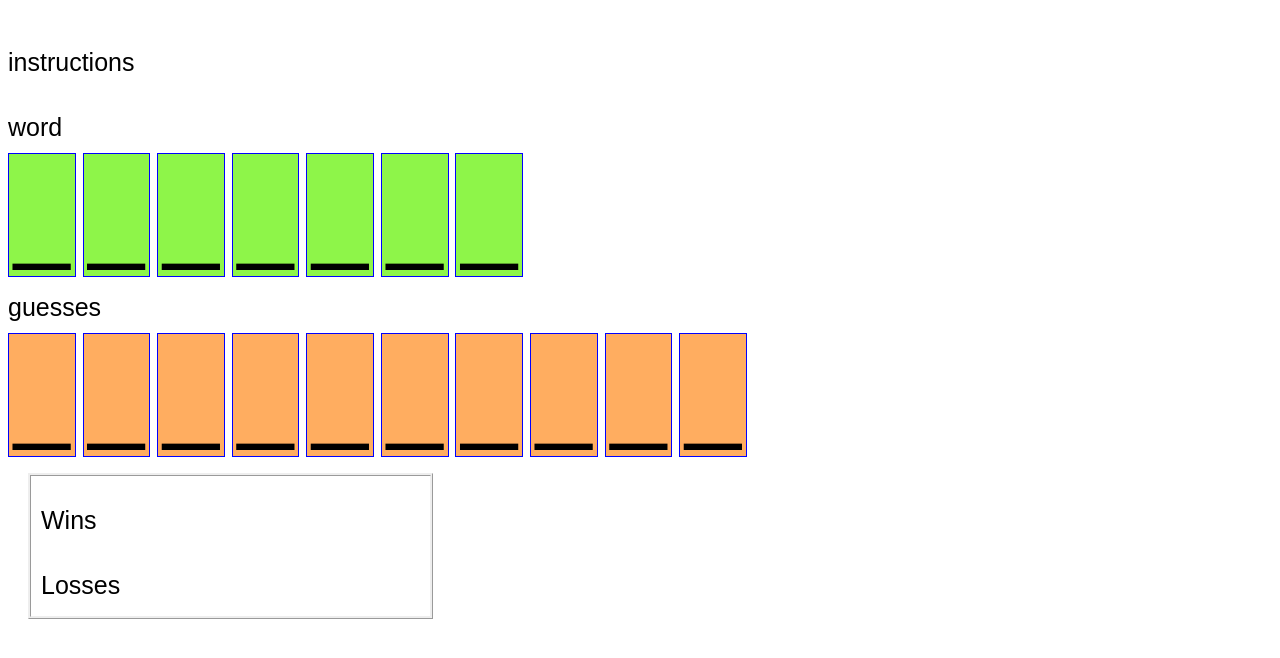
Repository: dsaftler/JavaScript
Page: index.html
The author's editor kept a copy of each file at every save. The page is drawn from the files as they stood at one save, then again after the next save.
The browser window is 1280 px wide. The pictures show the whole page.

Above is the page before, as saved 2019-03-28 17:20:10.

After the next save:
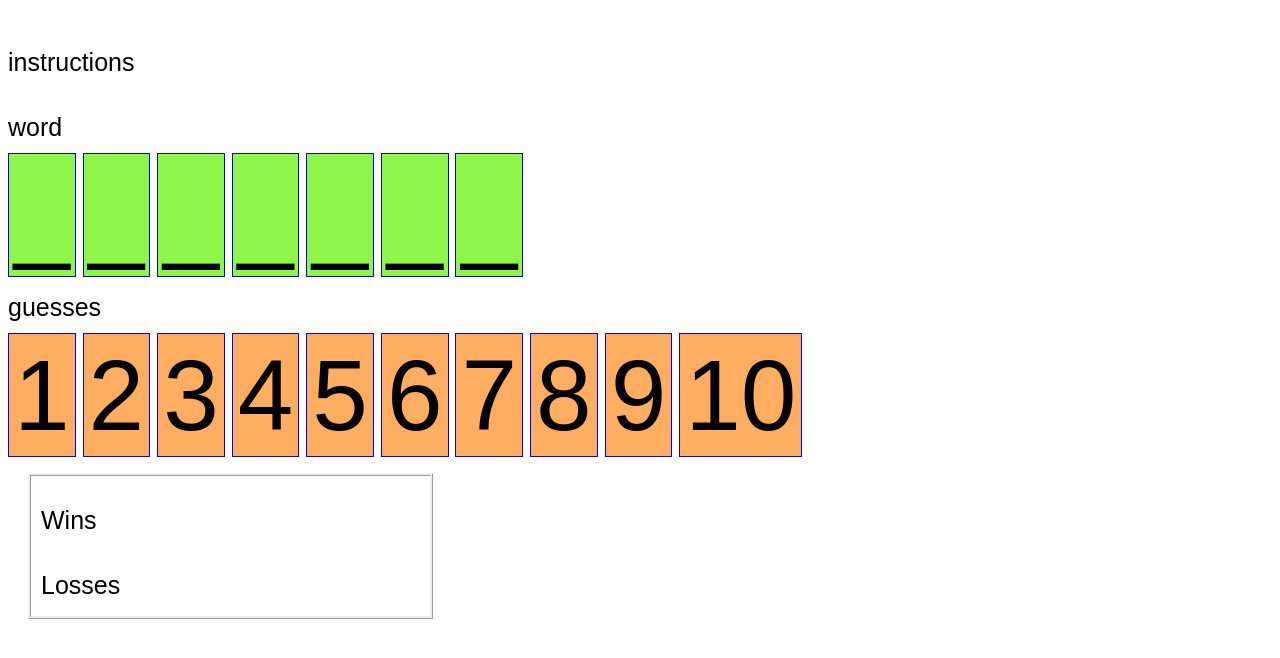
Saved 80 s later.
--- a/index.html
+++ b/index.html
@@ -23,16 +23,16 @@
 
         <div class="guesses showtext">guesses</div>
 
-        <div class="letter guessed" id="guess_0">_</div>
-        <div class="letter guessed" id="guess_1">_</div>
-        <div class="letter guessed" id="guess_2">_</div>
-        <div class="letter guessed" id="guess_3">_</div>
-        <div class="letter guessed" id="guess_4">_</div>
-        <div class="letter guessed" id="guess_5">_</div>
-        <div class="letter guessed" id="guess_6">_</div>
-        <div class="letter guessed" id="guess_7">_</div>
-        <div class="letter guessed" id="guess_8">_</div>
-        <div class="letter guessed" id="guess_9">_</div>
+        <div class="letter guessed" id="guess_0">1</div>
+        <div class="letter guessed" id="guess_1">2</div>
+        <div class="letter guessed" id="guess_2">3</div>
+        <div class="letter guessed" id="guess_3">4</div>
+        <div class="letter guessed" id="guess_4">5</div>
+        <div class="letter guessed" id="guess_5">6</div>
+        <div class="letter guessed" id="guess_6">7</div>
+        <div class="letter guessed" id="guess_7">8</div>
+        <div class="letter guessed" id="guess_8">9</div>
+        <div class="letter guessed" id="guess_9">10</div>
 
       <div class="score">
       <div class="showtext" id="showWins">Wins</div>
